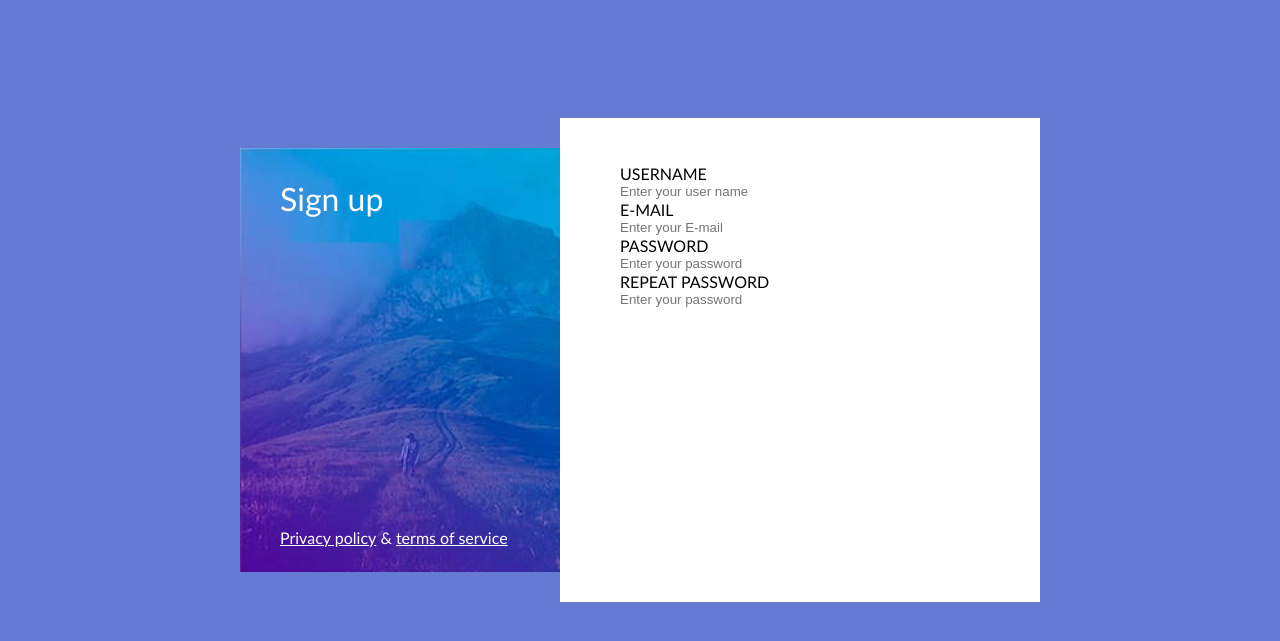
Repository: RugileG/registracijos-forma
Page: index.html
An editor plug-in stored every save of this project. The page is shown before and after the next save, followed by the edit.
The browser window is 1280 px wide. The pictures show the whole page.

Above is the page before, as saved 2021-05-18 10:29:31.

After the next save:
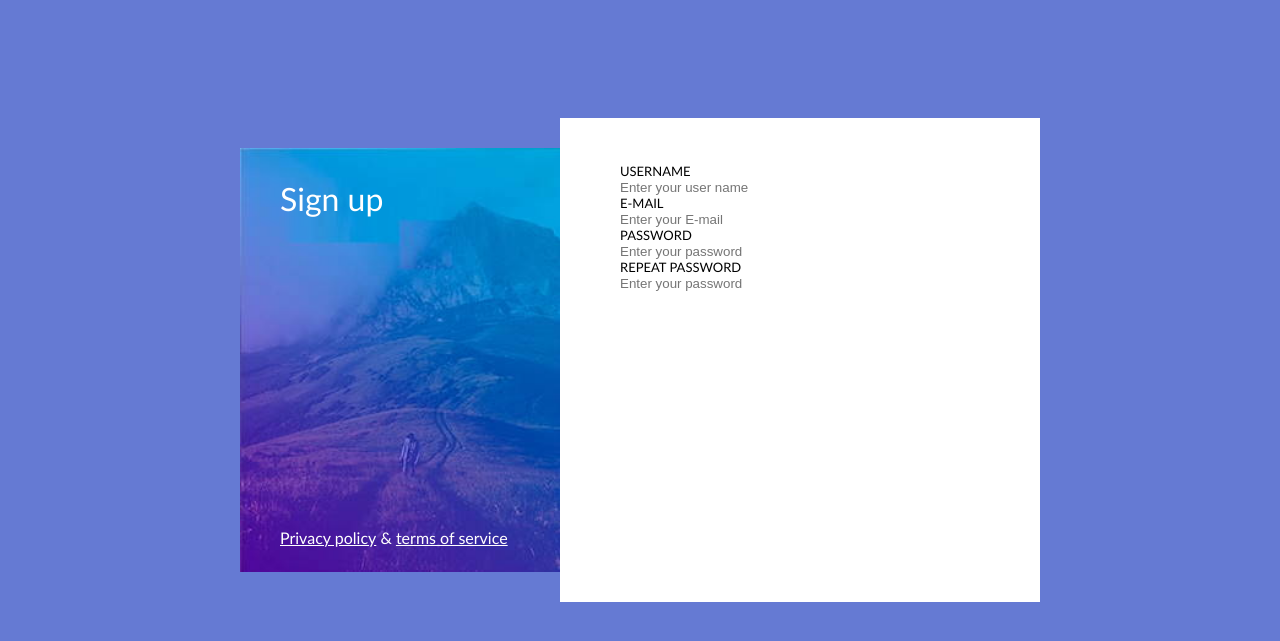
Saved 5 s later.
--- a/index.html
+++ b/index.html
@@ -81,7 +81,7 @@
 
         label {
             display:block;
-            font: normal normal var(--unnamed-font-weight-normal) 13px/15px Gill Sans MT;
+            font: normal normal normal 13px/15px Gill Sans MT;
         }
 
         input {
